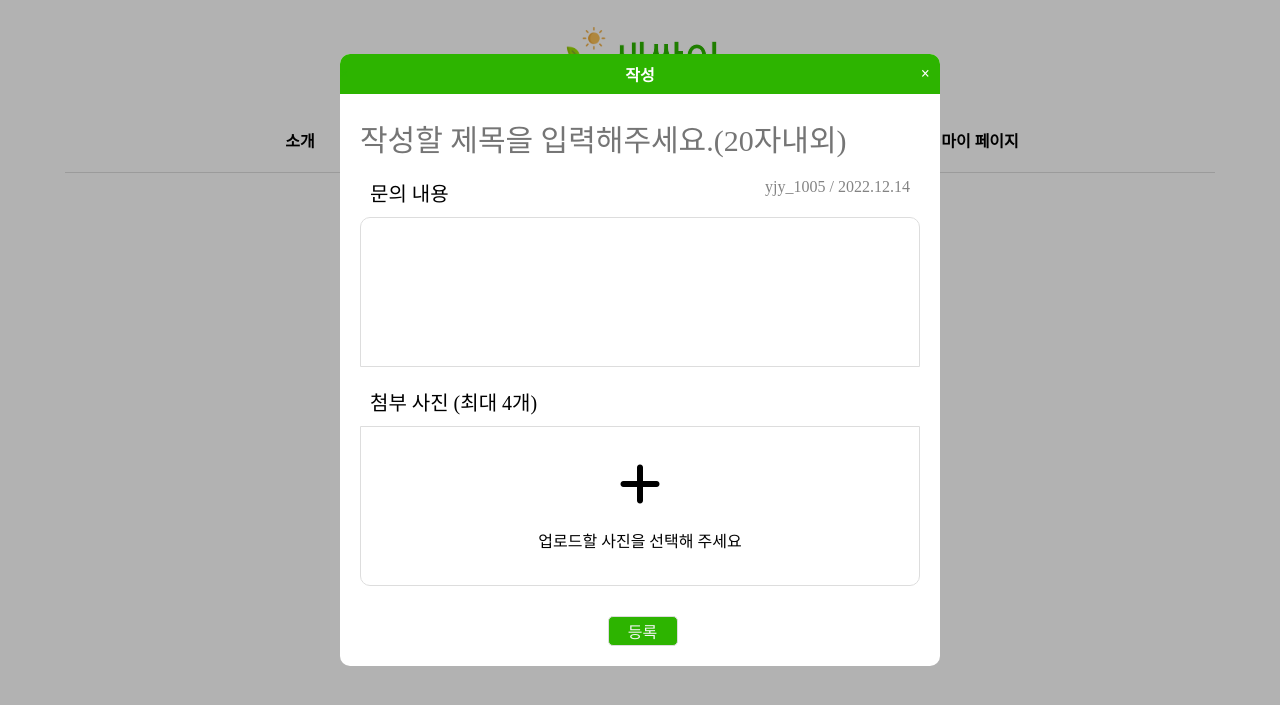
Repository: Seedye/Seedye
Page: team/src/main/webapp/html/board/board-write.html
These files come from the project's save history. The page is drawn as it stood at one moment and after the next save; the edit follows.
The browser window is 1280 px wide. The pictures show the whole page.
Some web fonts or font styles are not loaded; a fallback is used. Some web libraries are served in a nearby version.

Above is the page before, as saved 2022-12-19 09:39:59.

After the next save:
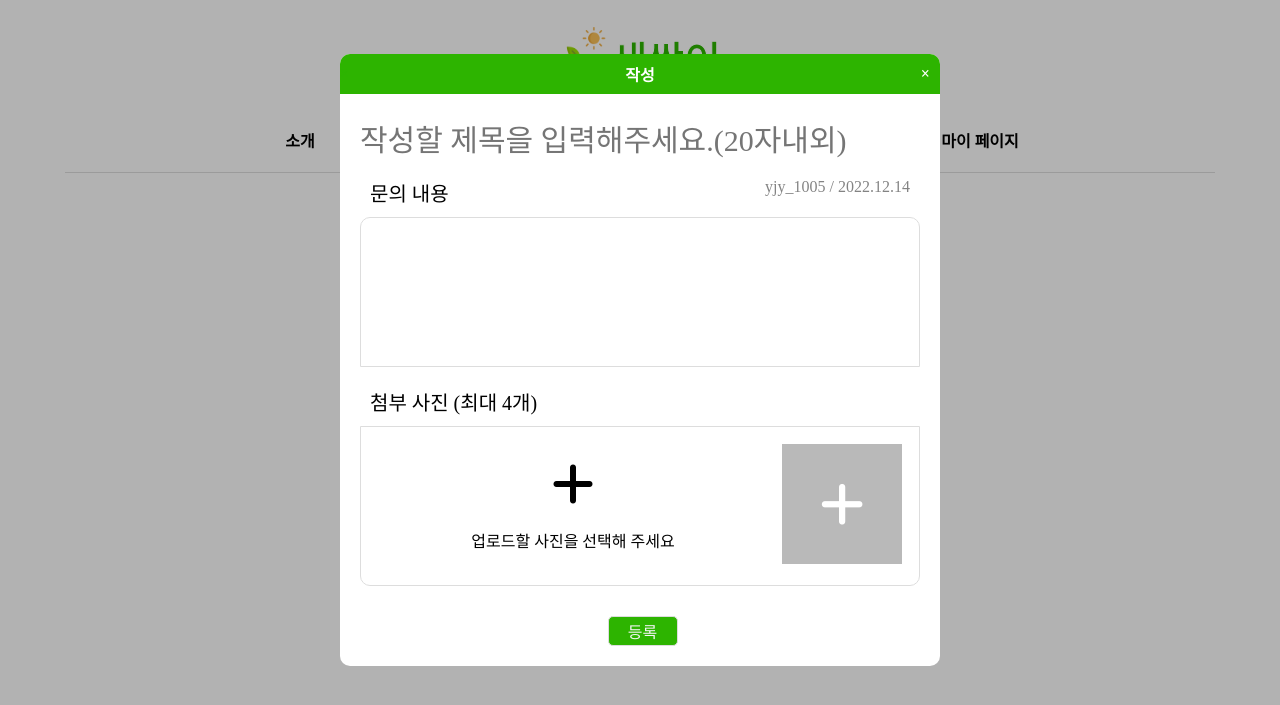
Saved 54 s later.
--- a/team/src/main/webapp/html/board/board-write.html
+++ b/team/src/main/webapp/html/board/board-write.html
@@ -101,14 +101,14 @@
                 </div>
               -->
                 <!-- 사진 추가 버튼 -->
-                <!-- <div class="board-view-content-img">
+                <label for="addInputFile">
+                <div class="board-view-content-img">
                   <div class="board-Write-img-delete">
-                    <label for="addInputFile">
                       <i class="fa-solid fa-plus fa-1x"></i>
-                    </label>
-                    <input type="file" id="addInputFile" multiple="multiple" hidden>
+                    </div>
                   </div>
-                </div>  -->
+                </label>
+                <input type="file" id="addInputFile" multiple="multiple" hidden>
 
 
 
